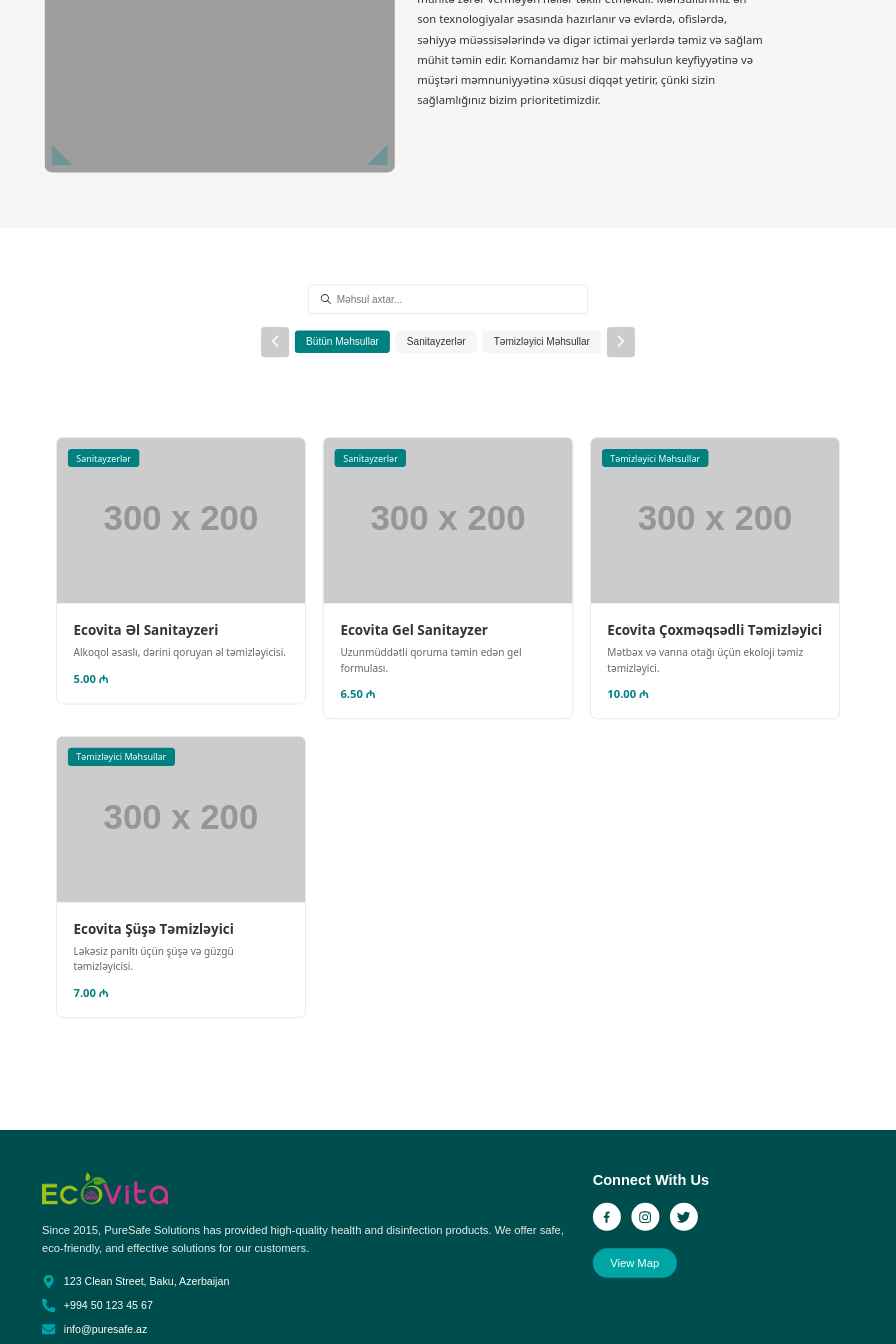
Repository: ferhadsultan98/ecovita
Page: /
These files come from the project's save history. The page is drawn as it stood at one moment and after the next save; the edit follows.
The browser window is 1280 px wide. The pictures show the part of the page from y = 1226 to 3146 px (the page is 3275 px tall), at 70% of full size.
Pictures or frames that could not be fetched are drawn as grey boxes. The project was rebuilt for these pictures with package versions that can differ from the ones it lists, and the page was loaded fresh each time. Also part of the build but not shown: vite.config.js.

Above is the page before, as saved 2025-05-02 11:37:08.

After the next save:
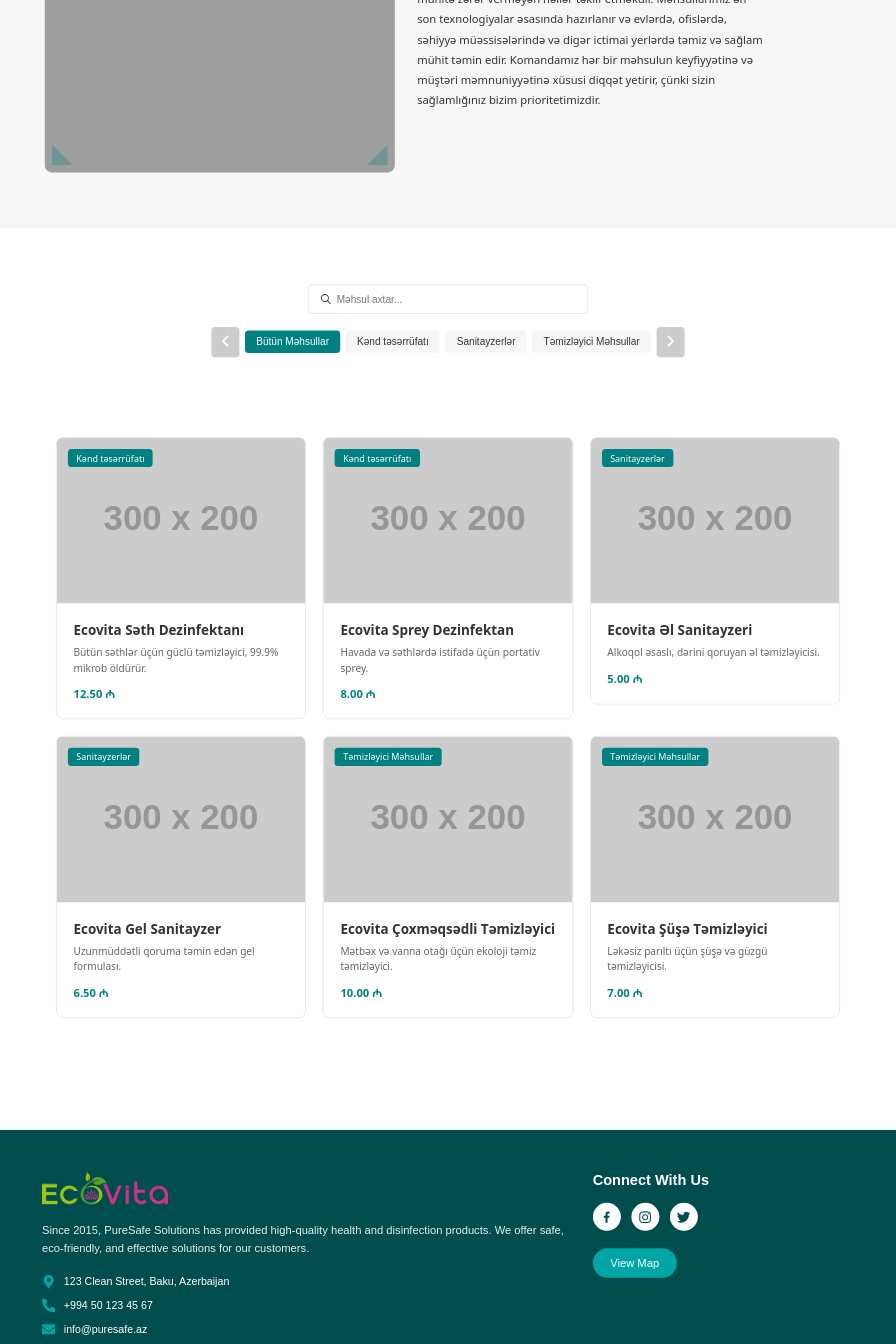
Saved 5 s later.
--- a/src/Pages/MenuSection/MenuSection.jsx
+++ b/src/Pages/MenuSection/MenuSection.jsx
@@ -21,7 +21,7 @@
   // Static product data for Ecovita
   const productData = [
     {
-      category: { az: "" },
+      category: { az: "Kənd təsərrüfatı" },
       items: [
         {
           id: "1",
